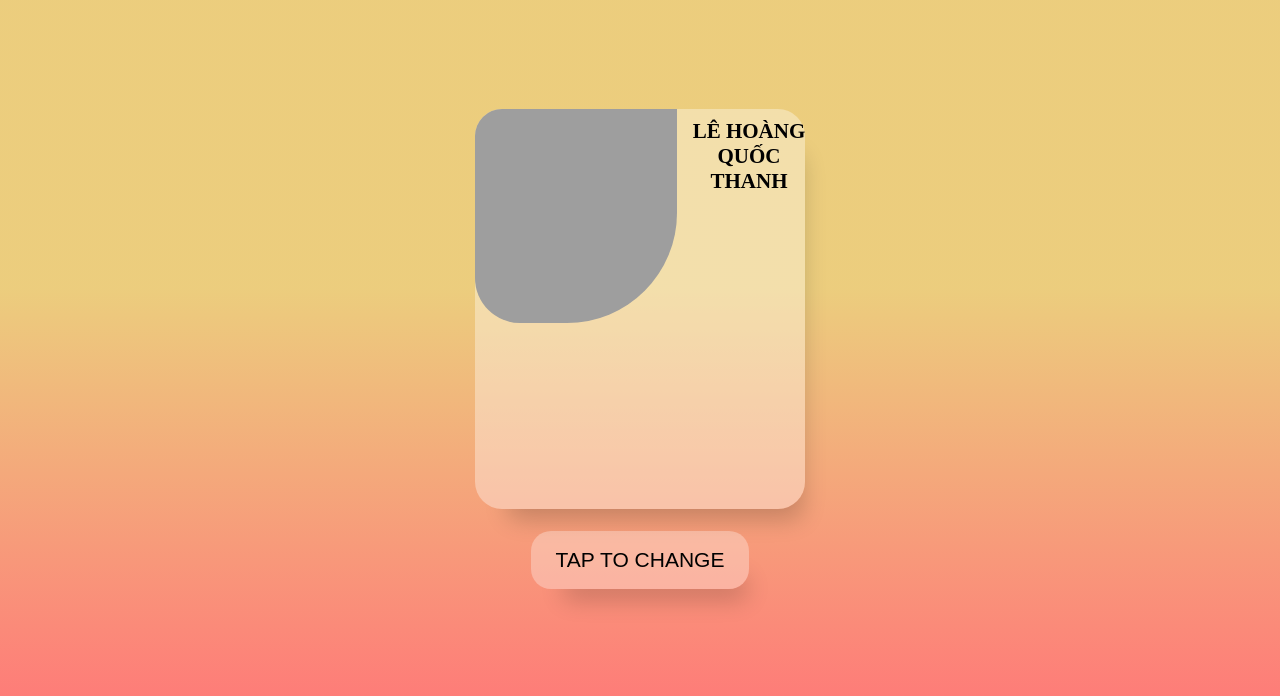
Repository: ThanhThn/profile
Page: index.html
These files come from the project's save history. The page is drawn as it stood at one moment and after the next save; the edit follows.
The browser window is 1280 px wide. The pictures show the whole page.
Pictures or frames that could not be fetched are drawn as grey boxes. Some web fonts or font styles are not loaded; a fallback is used.

Above is the page before, as saved 2022-12-05 19:31:06.

After the next save:
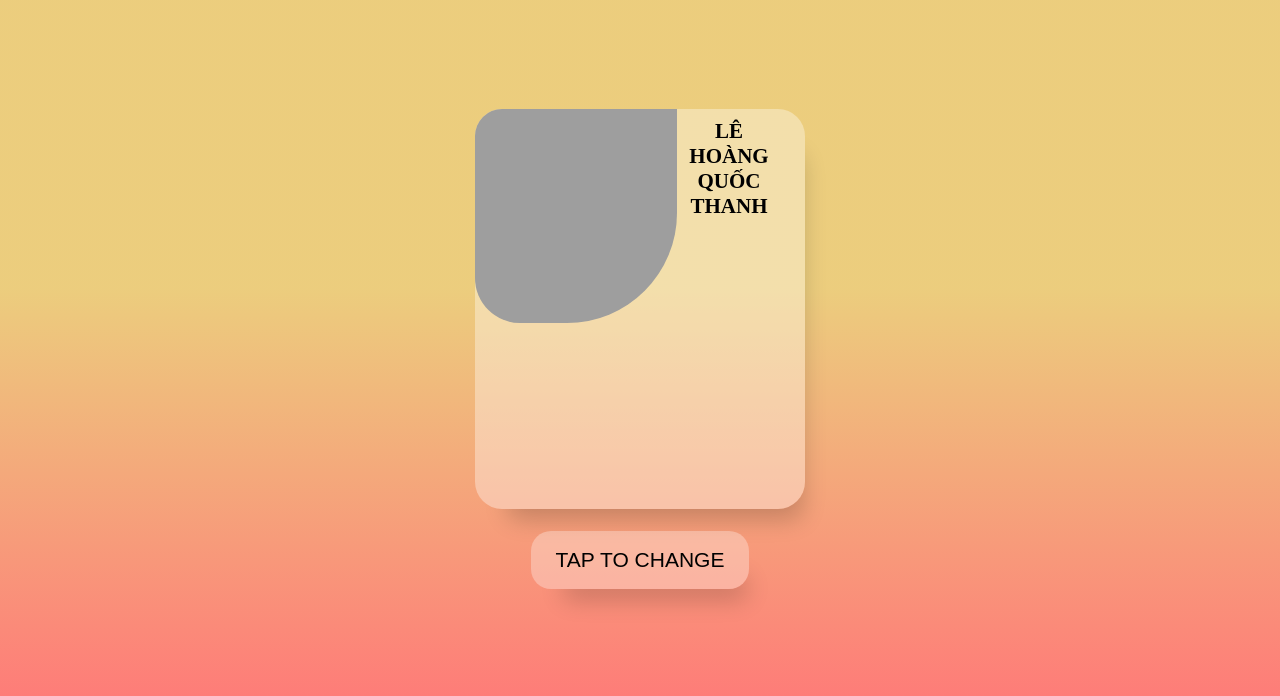
Saved 20 s later.
--- a/style.css
+++ b/style.css
@@ -37,7 +37,7 @@ body{
 }
 
 .content .name{
-    width: 144px;
+    width: 104px;
     font-size: 21px;
     text-transform: uppercase;
     font-weight: 700;
